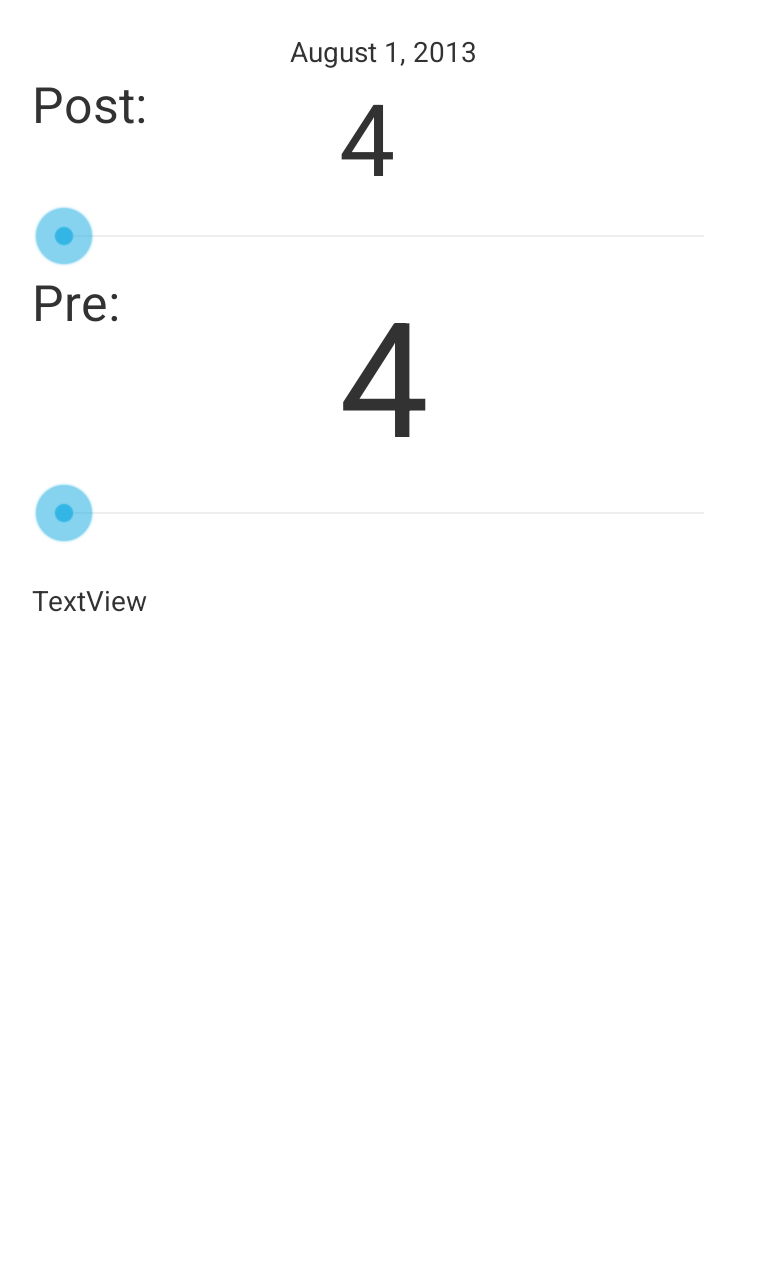
Repository: jemcphe/XCell
Layout: XCell/res/layout/phones.xml
An editor plug-in stored every save of this project. The layout is shown before and after the next save, followed by the edit.
It is drawn on a 768 x 1280 px phone screen (xhdpi) without system bars, with theme Theme.Xcell; the app's code is not run.

Above is the layout before, as saved 2013-08-16 20:46:02.

After the next save:
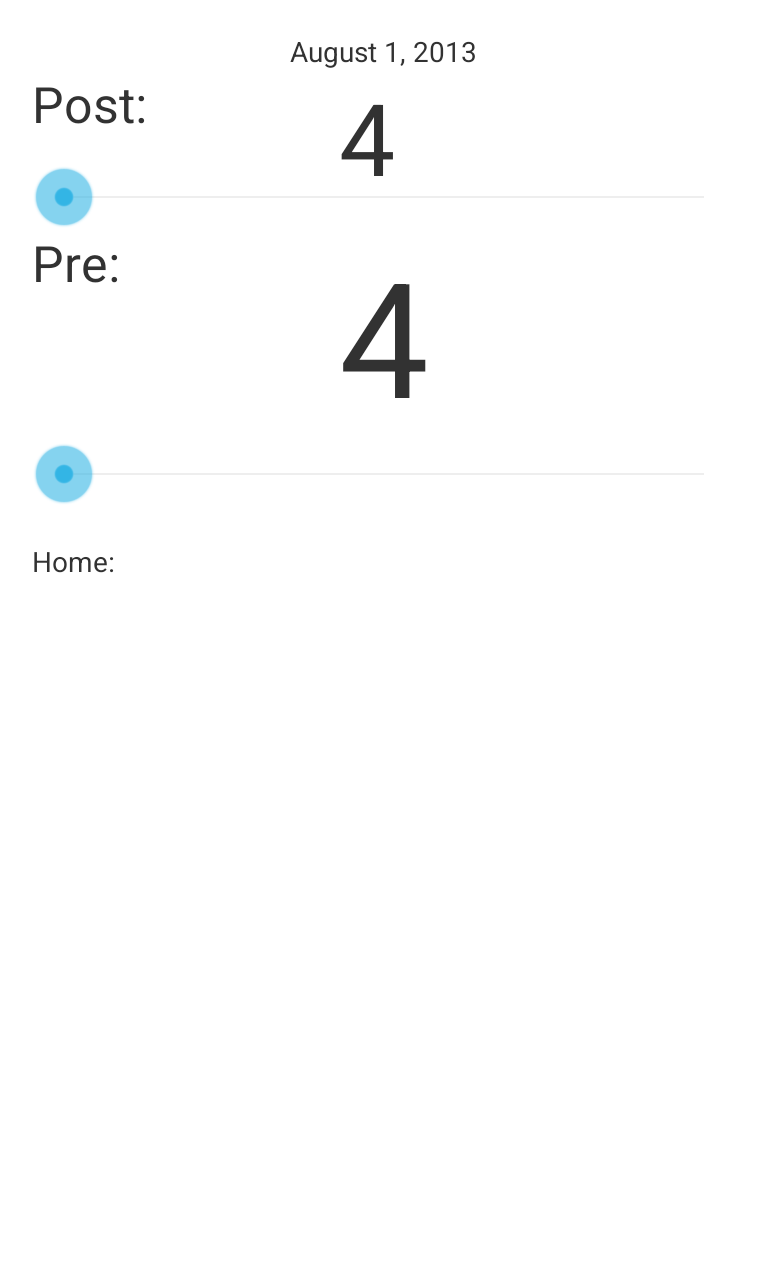
Saved 55 s later.
--- a/XCell/res/layout/phones.xml
+++ b/XCell/res/layout/phones.xml
@@ -50,20 +50,13 @@
         android:layout_below="@+id/preValue" />
 
     <TextView
-        android:id="@+id/textView1"
+        android:id="@+id/homeLabel"
         android:layout_width="wrap_content"
         android:layout_height="wrap_content"
         android:layout_alignLeft="@+id/seekBar2"
         android:layout_below="@+id/seekBar2"
         android:layout_marginTop="18dp"
-        android:text="TextView" />
-
-    <SeekBar
-        android:id="@+id/seekBar1"
-        android:layout_width="match_parent"
-        android:layout_height="wrap_content"
-        android:layout_alignLeft="@+id/postLabel"
-        android:layout_below="@+id/postValue" />
+        android:text="Home:" />
 
     <TextView
         android:id="@+id/preLabel"
@@ -74,4 +67,12 @@
         android:text="Pre:"
         android:textSize="25sp" />
 
+    <SeekBar
+        android:id="@+id/seekBar1"
+        android:layout_width="match_parent"
+        android:layout_height="wrap_content"
+        android:layout_alignLeft="@+id/postLabel"
+        android:layout_below="@+id/postLabel"
+        android:layout_marginTop="14dp" />
+
 </RelativeLayout>
